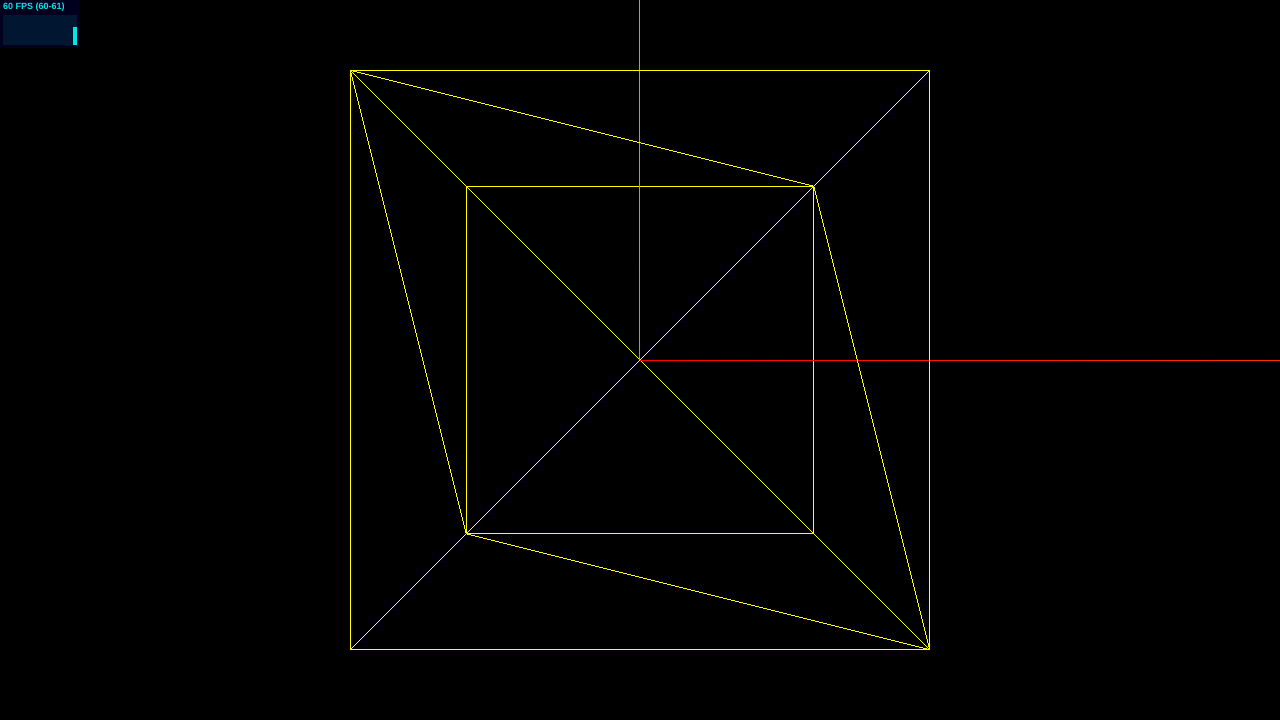
Repository: EugeneZhenya/ElKalia2D
Page: dist/client/index.html
An editor plug-in stored every save of this project. The page is shown before and after a run of saves, followed by the edit.
The browser window is 1280 px wide. The pictures show the whole page.

Above is the page before, as saved 2021-08-31 15:06:25.

### dist/client/index.html
<!DOCTYPE html>
<html lang="en">
<head>
    <meta charset="UTF-8">
    <meta http-equiv="X-UA-Compatible" content="IE=edge">
    <meta name="viewport" content="width=device-width, initial-scale=1.0">
    <title>El Kalia</title>
    <style>
        body {
            overflow: hidden;
            margin: 0px;
        }
        .c {
            width: 200px;
            height: 200px;
        }
    </style>
</head>
<body>
    <script type="module" src="bundle.js"></script>
</body>
</html>

Loaded but not shown: dist/client/bundle.js (library)

After the next 2 saves:
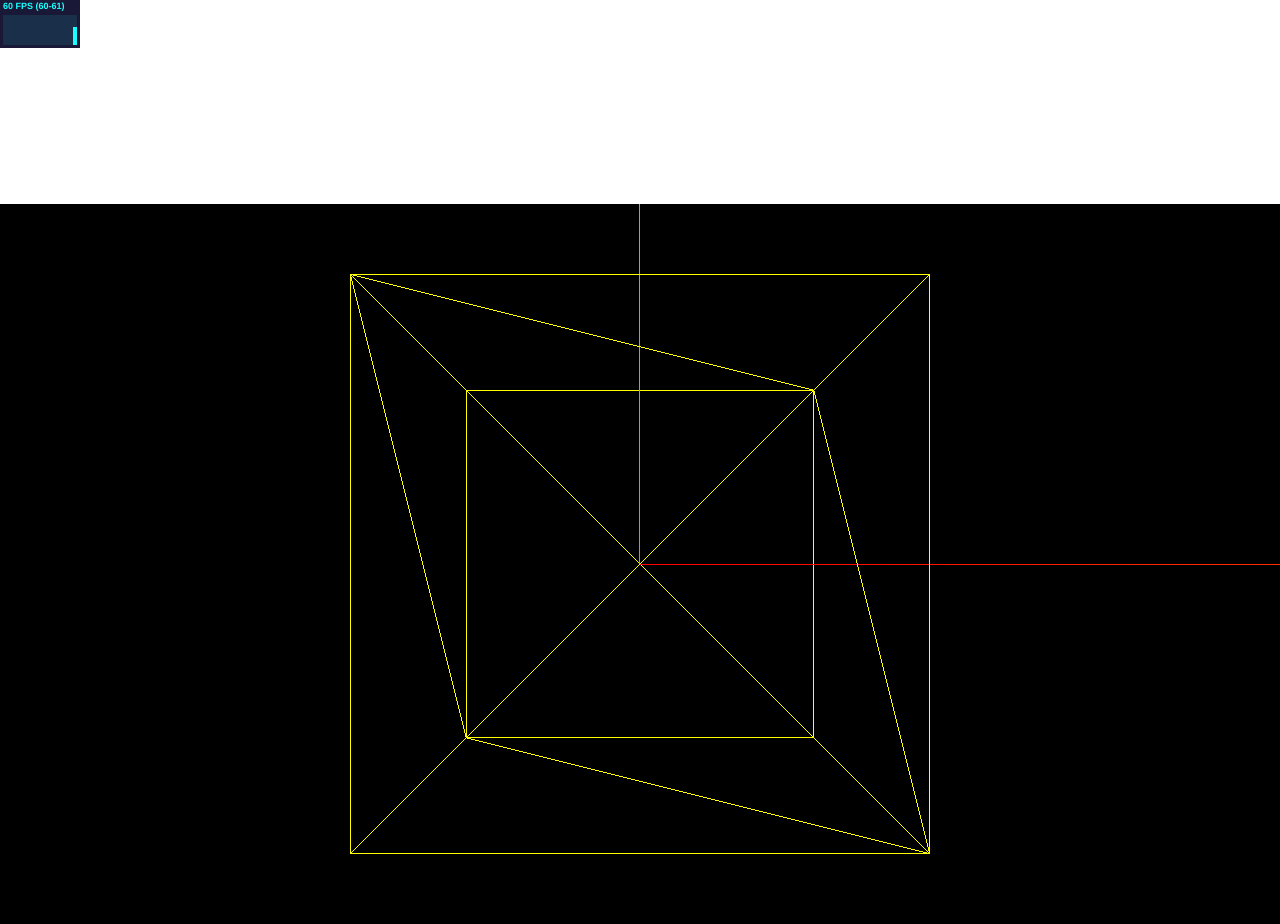
The 2 saves are shown as one change because they came seconds apart.
The last was saved 11 s later.
--- a/dist/client/index.html
+++ b/dist/client/index.html
@@ -17,6 +17,10 @@
     </style>
 </head>
 <body>
+    <canvas id="c1" class="c"></canvas>
+        <canvas id="c2" class="c"></canvas>
+        <canvas id="c3" class="c"></canvas>
+    <canvas id="c4" class="c"></canvas>
     <script type="module" src="bundle.js"></script>
 </body>
 </html>

After the 3 saves that followed:
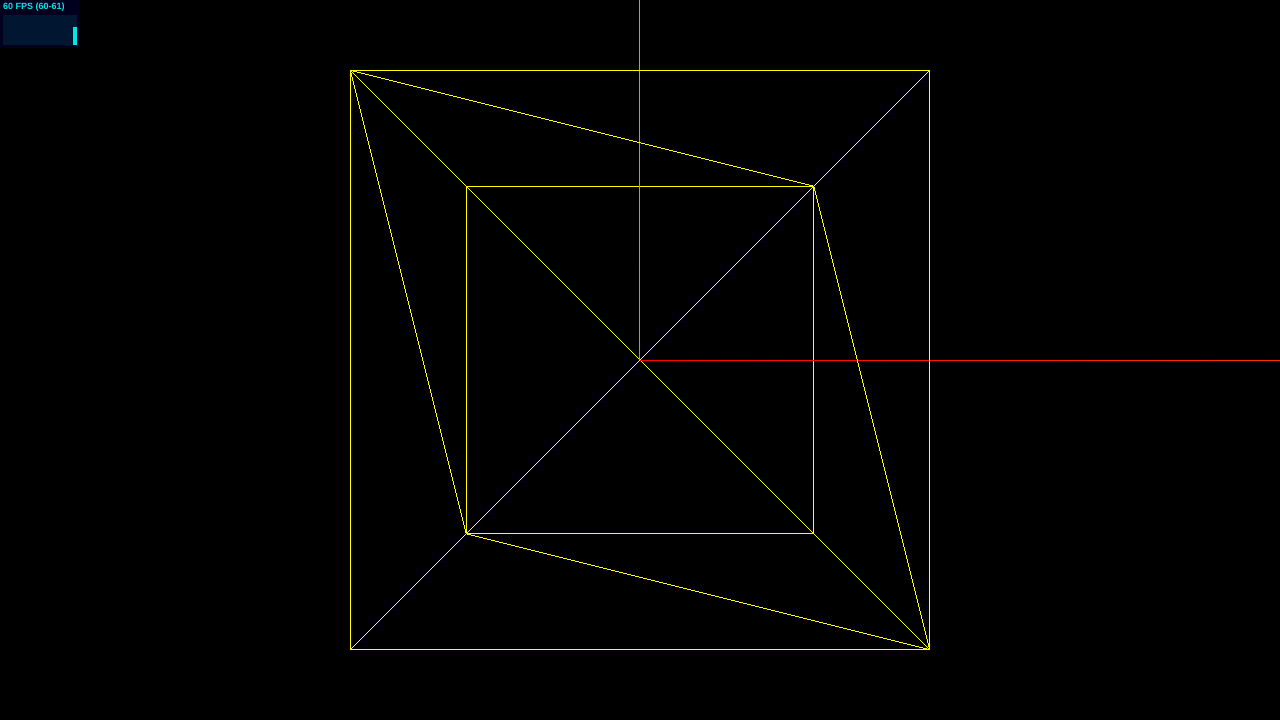
The 3 saves are shown as one change because 2 left the picture as it was.
The last was saved 7 min 9 s later.
--- a/dist/client/index.html
+++ b/dist/client/index.html
@@ -17,10 +17,6 @@
     </style>
 </head>
 <body>
-    <canvas id="c1" class="c"></canvas>
-        <canvas id="c2" class="c"></canvas>
-        <canvas id="c3" class="c"></canvas>
-    <canvas id="c4" class="c"></canvas>
     <script type="module" src="bundle.js"></script>
 </body>
 </html>
